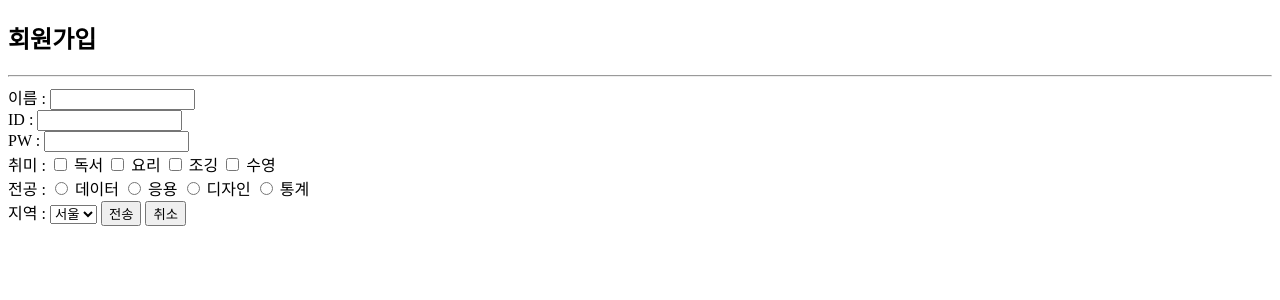
Repository: xxihyun0830/JSP
Page: http://localhost/Day3_getpost/join.jsp
These files come from the project's save history. The page is drawn as it stood at one moment and after the next save; the edit follows.
The browser window is 1280 px wide. The pictures show the whole page.
The page is served by Tomcat 9. Other server files are loaded and not shown.

Above is the page before, as saved 2019-07-11 05:07:52.

### Day3_getpost/WebContent/join.jsp
<%@ page language="java" contentType="text/html; charset=utf-8"
    pageEncoding="utf-8"%>
<!DOCTYPE html>
<html>
<head>
<meta charset="utf-8">
<title>가입창_내가 하는 실습</title>
</head>
<body>
<h2>회원가입</h2> <hr>

<form action = "JoinOk" method = "get">
이름 : <input type = "text" name = "name" size= 15 > <br>
ID : <input type = "text" name = "id" size= 15> <br>
PW : <input type = "password" name = "pw" size = 15> <br>
취미 : <input type = "checkbox" name = "hobby" value = "reading"> 독서
      <input type = "checkbox" name = "hobby" value = "cooking"> 요리
      <input type = "checkbox" name = "hobby" value = "jogging"> 조깅
      <input type = "checkbox" name = "hobby" value = "swimming"> 수영 <br>
전공 : <input type = "radio" name = "major" value = "DataTech"> 데이터
      <input type = "radio" name = "major" value = "응용"> 응용
      <input type = "radio" name = "major" value = "design"> 디자인
      <input type = "radio" name = "major" value="statics"> 통계 <br>
지역 : <select name = "region">
      <option value = "Seoul"> 서울
      <option value = "Deagu"> 대구
      <option value = "Gwangju"> 광주
      <option value = "Busan"> 부산
</select>

<input type = "submit" value = "전송">
<input type = "submit" value = "취소">
</form>



</body>
</html>

After the next save:
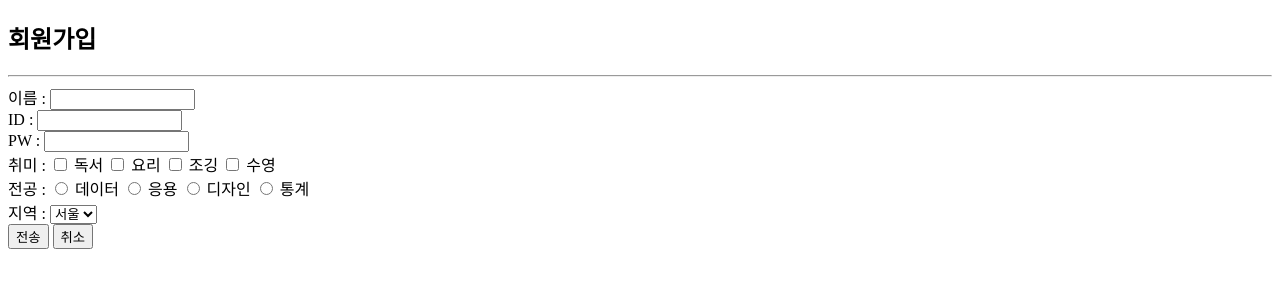
Saved 53 s later.
--- a/Day3_getpost/WebContent/join.jsp
+++ b/Day3_getpost/WebContent/join.jsp
@@ -26,7 +26,7 @@ PW : <input type = "password" name = "pw" size = 15> <br>
       <option value = "Deagu"> 대구
       <option value = "Gwangju"> 광주
       <option value = "Busan"> 부산
-</select>
+</select> <br>
 
 <input type = "submit" value = "전송">
 <input type = "submit" value = "취소">
